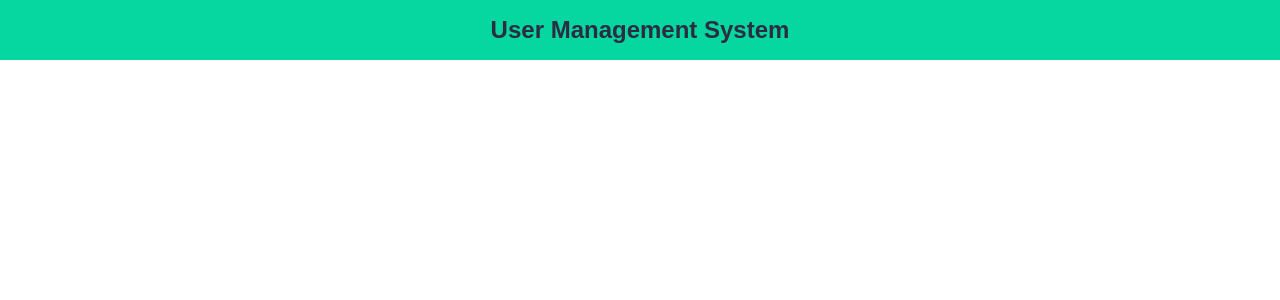
Repository: HustlingbeastAnish/CRUD-APP-
Page: views/include/add_user.html
An editor plug-in stored every save of this project. The page is shown before and after the next save, followed by the edit.
The browser window is 1280 px wide. The pictures show the whole page.
Some web fonts or font styles are not loaded; a fallback is used.

Above is the page before, as saved 2022-10-06 23:52:08.

After the next save:
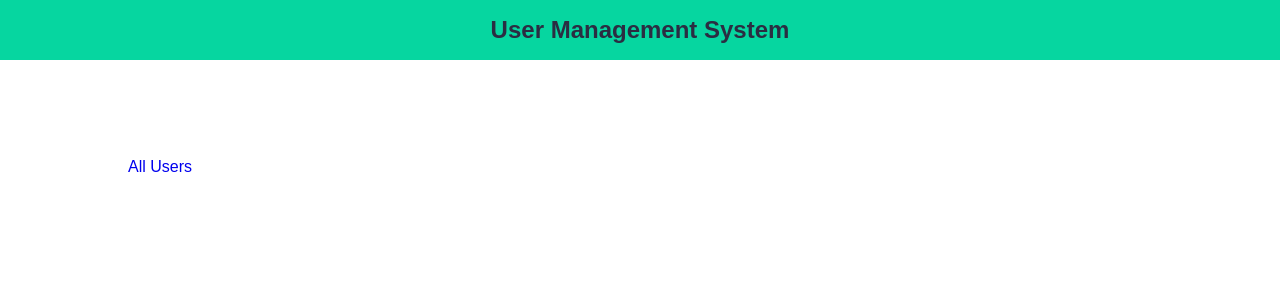
Saved 2 min 22 s later.
--- a/views/include/add_user.html
+++ b/views/include/add_user.html
@@ -31,7 +31,11 @@
     <!-- Main Site  -->
     <main id="site-main">
       <div class="container">
-        <div class="box-nav d-flex-justify-between"></div>
+        <div class="box-nav d-flex-justify-between">
+          <div class="filter">
+            <a href="/">All Users </a>
+          </div>
+        </div>
       </div>
     </main>
 
